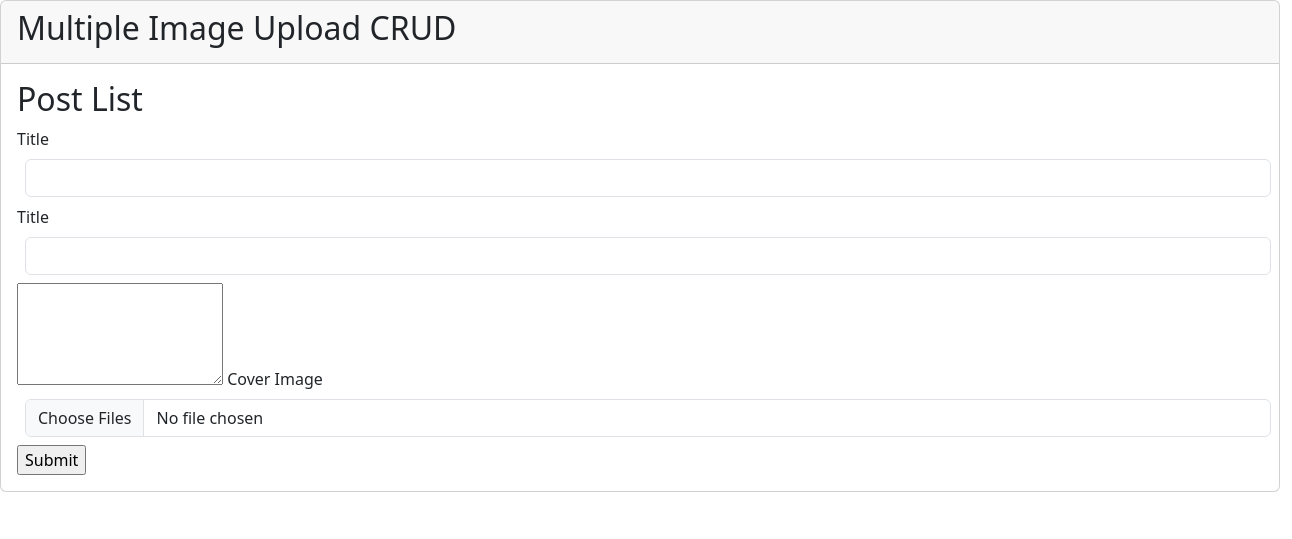
Repository: rkrukshan/Multiple-Image-Upload
Page: http://localhost/create
These files come from the project's save history. The page is drawn as it stood at one moment and after a run of saves; the edit follows.
The browser window is 1280 px wide. The page is 1292 px wide, so the pictures cover 1292 px, including what lies to the right of the window. The pictures show the whole page.
The page is served by the project's Laravel application, run on PHP 8.4 with Laravel 10. Other server files are loaded and not shown.

Above is the page before, as saved 2023-11-06 14:42:22.

### app/Providers/AppServiceProvider.php
<?php

namespace App\Providers;

use Illuminate\Support\Facades\Schema;
use Illuminate\Support\ServiceProvider;

class AppServiceProvider extends ServiceProvider
{
    /**
     * Register any application services.
     */
    public function register(): void
    {
        //
    }

    /**
     * Bootstrap any application services.
     */
    public function boot(): void
    {
       Schema::defaultStringLength(191);
    }
}

### routes/web.php
<?php

use App\Http\Controllers\PostController;
use Illuminate\Support\Facades\Route;

/*
|--------------------------------------------------------------------------
| Web Routes
|--------------------------------------------------------------------------
|
| Here is where you can register web routes for your application. These
| routes are loaded by the RouteServiceProvider and all of them will
| be assigned to the "web" middleware group. Make something great!
|
*/

// Route::get('/', function () {
//     return view('welcome');
// });



Route::get('/', [PostController::class, 'index'])->name('album.index');
Route::get('/create', [PostController::class, 'create'])->name('album.create');

### app/Http/Controllers/PostController.php
<?php

namespace App\Http\Controllers;

use Illuminate\Http\Request;

class PostController extends Controller
{
    /**
     * Display a listing of the resource.
     */
    public function index()
    {
        return view('album.index');
    }

    /**
     * Show the form for creating a new resource.
     */
    public function create()
    {
        return view('album.create');
    }

    /**
     * Store a newly created resource in storage.
     */
    public function store(Request $request)
    {

    }

    /**
     * Display the specified resource.
     */
    public function show(string $id)
    {
        //
    }

    /**
     * Show the form for editing the specified resource.
     */
    public function edit(string $id)
    {
        //
    }

    /**
     * Update the specified resource in storage.
     */
    public function update(Request $request, string $id)
    {
        //
    }

    /**
     * Remove the specified resource from storage.
     */
    public function destroy(string $id)
    {
        //
    }
}

### resources/views/album/create.blade.php
<!doctype html>
<html lang="en">
  <head>
    <meta charset="utf-8">
    <meta name="viewport" content="width=device-width, initial-scale=1">
    <title>Bootstrap demo</title>
    <link href="https://cdn.jsdelivr.net/npm/bootstrap@5.3.2/dist/css/bootstrap.min.css" rel="stylesheet" integrity="sha384-T3c6CoIi6uLrA9TneNEoa7RxnatzjcDSCmG1MXxSR1GAsXEV/Dwwykc2MPK8M2HN" crossorigin="anonymous">
  </head>
  <body>
    <div class="row">
        <div class="col-12">
            <div class="card">
                <div class="card-header">
                    <h2>Multiple Image Upload CRUD</h2>
                </div>
                <div class="card-body">
                    <h2>Post List</h2>
                   <form action="" method="post" enctype="multipart/form-data">
                    @csrf
                    <label for="title">Title</label>
                    <input type="text" name="title" class="form-control m-2">
                    <label for="title">Title</label>
                    <input type="text" name="author" class="form-control m-2">
                    <textarea name="body" id="body" cols="20" rows="4"></textarea>
                    <label for="m-2">Cover Image</label>
                    <input type="file" id="input-file-now-custom-3" class="form-control m-2" name="images[]" multiple>
                    <input type="submit" class="">
                </form>
                </div>
            </div>
        </div>
    </div>
        <script src="https://cdn.jsdelivr.net/npm/bootstrap@5.3.2/dist/js/bootstrap.bundle.min.js" integrity="sha384-C6RzsynM9kWDrMNeT87bh95OGNyZPhcTNXj1NW7RuBCsyN/o0jlpcV8Qyq46cDfL" crossorigin="anonymous"></script>
  </body>
</html>

Loaded but not shown: app/Http/Controllers/Controller.php (common file)

After the next 5 saves:
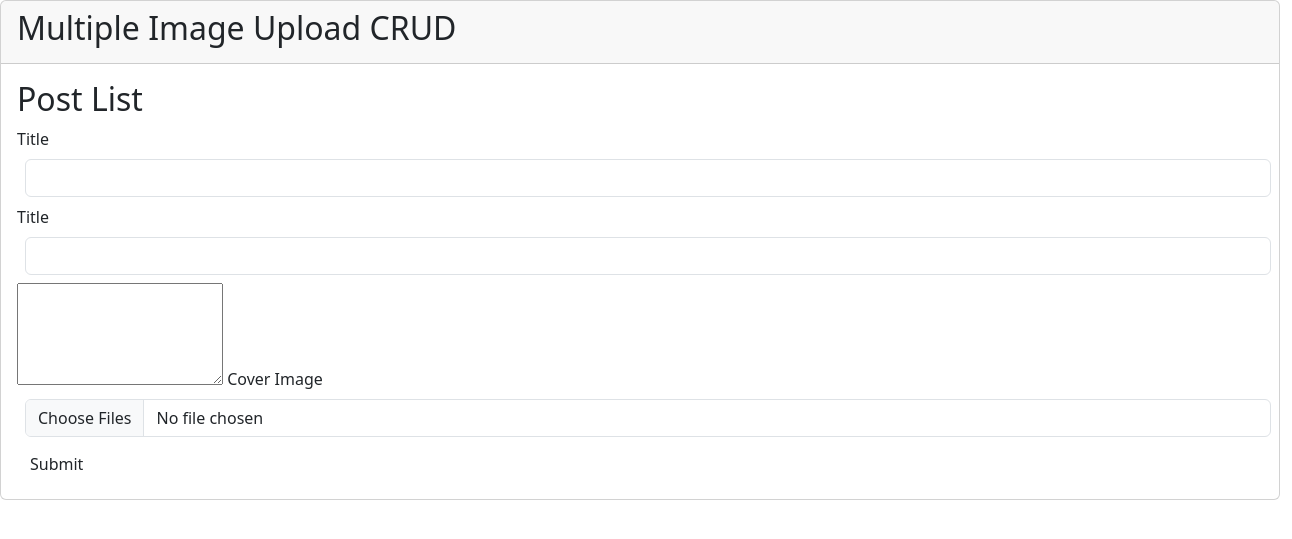
The 5 saves are shown as one change because they came seconds apart.
The last was saved 17 s later.
--- a/resources/views/album/create.blade.php
+++ b/resources/views/album/create.blade.php
@@ -24,7 +24,7 @@
                     <textarea name="body" id="body" cols="20" rows="4"></textarea>
                     <label for="m-2">Cover Image</label>
                     <input type="file" id="input-file-now-custom-3" class="form-control m-2" name="images[]" multiple>
-                    <input type="submit" class="">
+                    <input type="submit" class="btn btn-successmt-3">
                 </form>
                 </div>
             </div>
